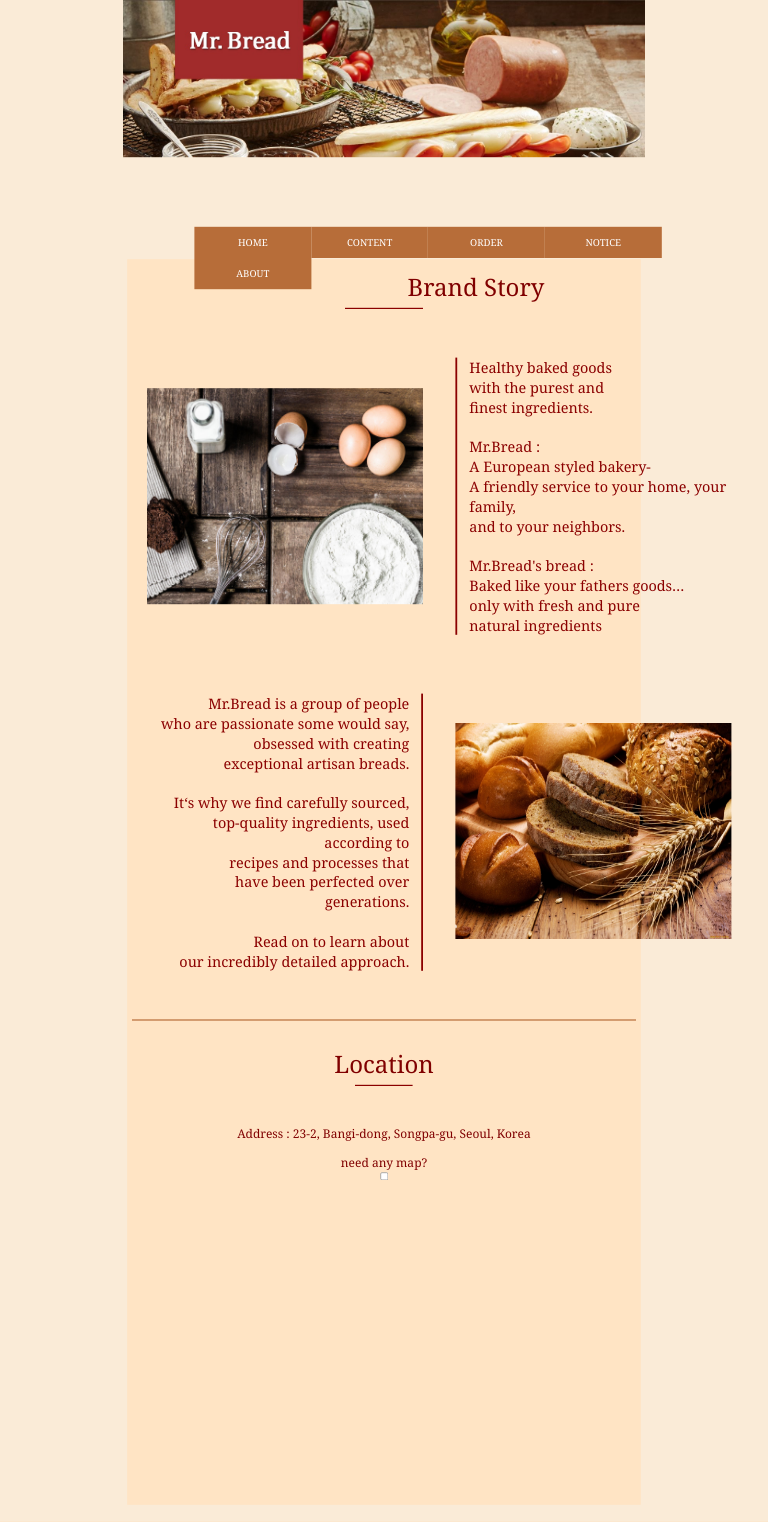
Repository: jihyyeshin/2017-2-WP-bread
Page: http://localhost/Bread/about.jsp
These files come from the project's save history. The page is drawn as it stood at one moment and after the next save; the edit follows.
The browser window is 1280 px wide. The pictures show the whole page, at 60% of full size.
The page is served by Tomcat 9.

Above is the page before, as saved 2017-12-08 18:15:55.

After the next save:
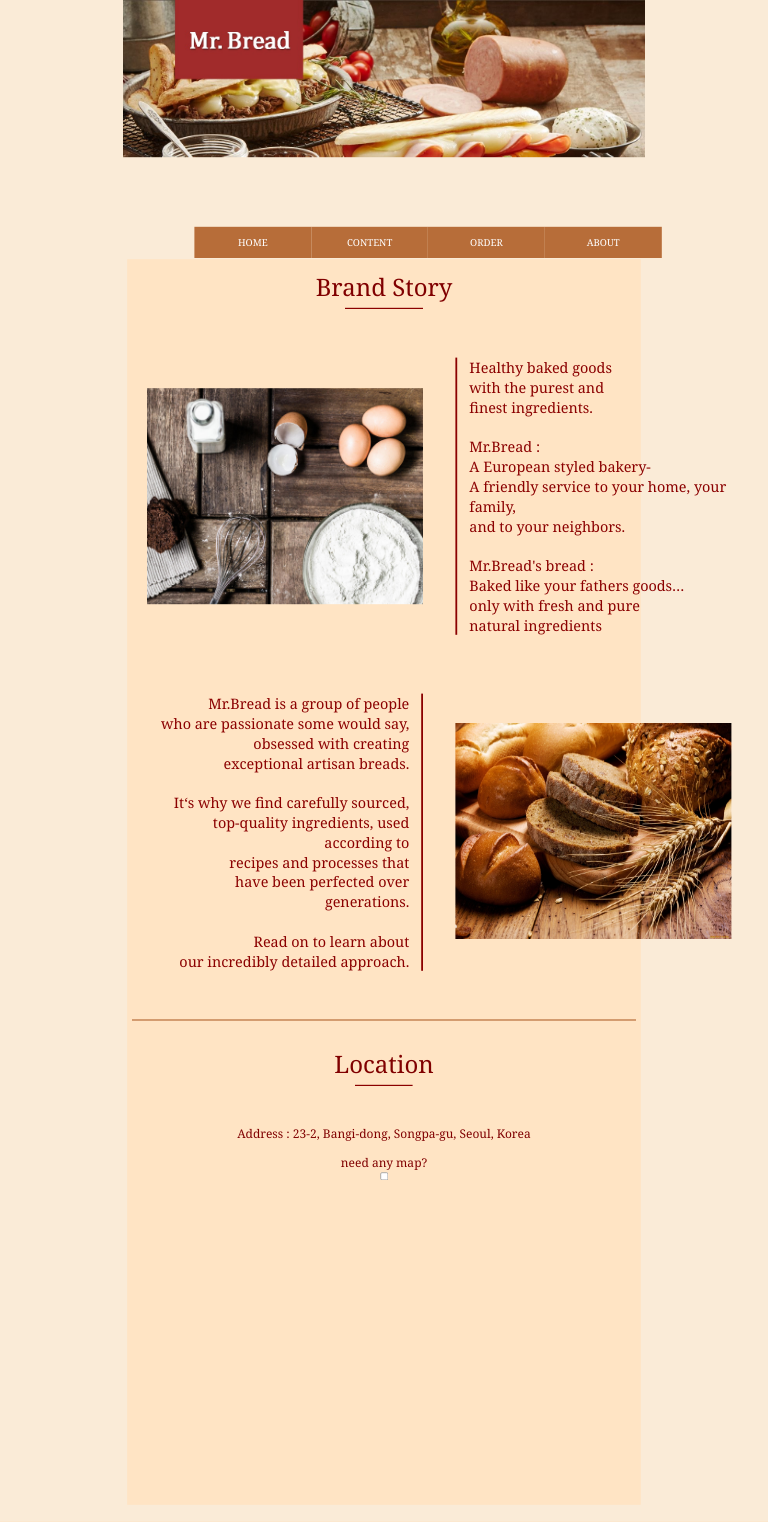
Saved 1 s later.
--- a/eclipse-workspace/Bread/WebContent/about.jsp
+++ b/eclipse-workspace/Bread/WebContent/about.jsp
@@ -26,7 +26,6 @@
                <li class="h"><a class="h" href="home.jsp">HOME</a></li>
                <li class="h"><a class="h" href="content.jsp">CONTENT</a></li>
                <li class="h"><a class="h" href="order.jsp">ORDER</a></li>
-               <li class="h"><a class="h" href="notice.jsp">NOTICE</a></li>
                <li class="h"><a class="h" href="about.jsp">ABOUT</a></li>
 			</ul>
 		</div>
